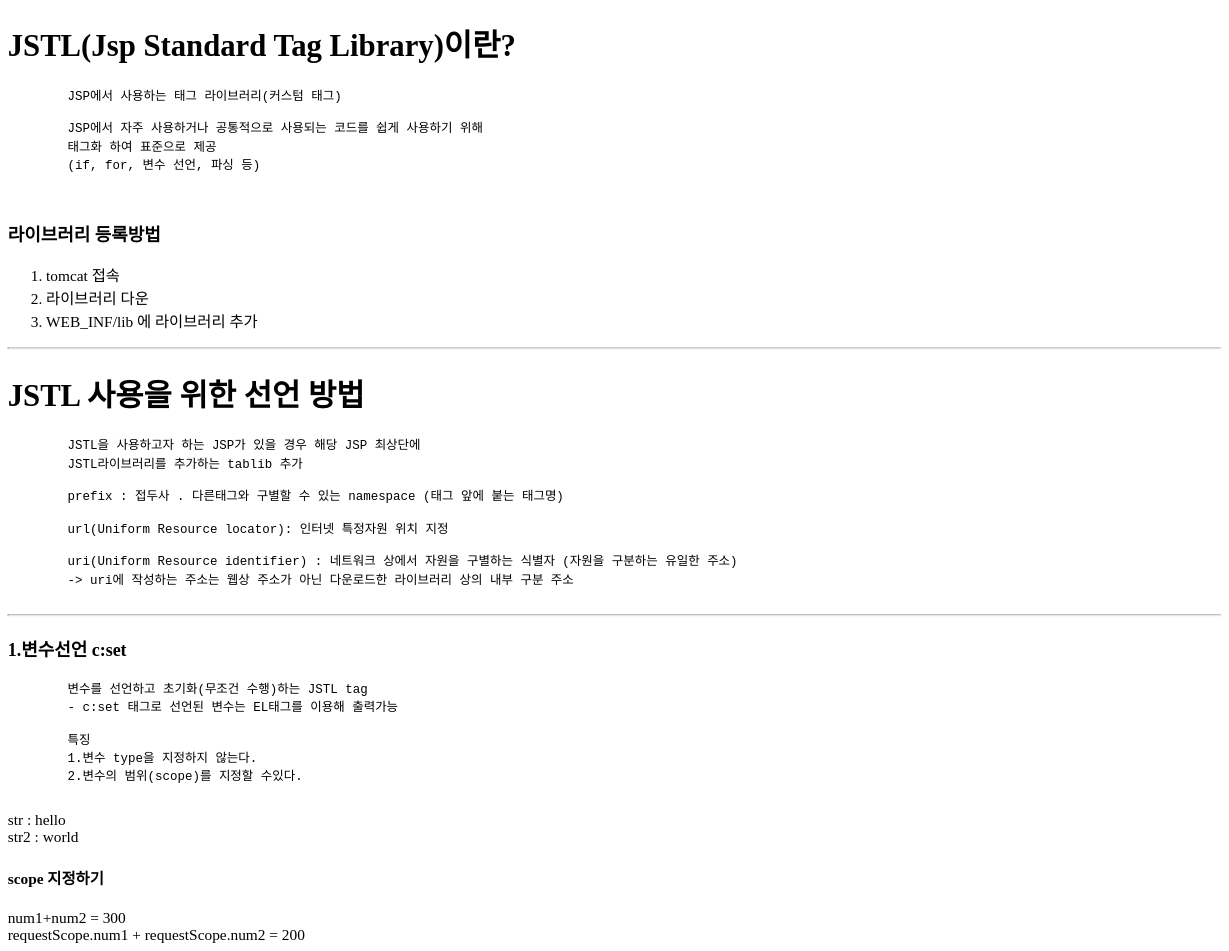
Repository: Seenee-Shin/servlet-jsp
Page: http://localhost/JSPProject/05_JSTL_1.jsp
The author's editor kept a copy of each file at every save. The page is drawn from the files as they stood at one save, then again after the next save.
The browser window is 1280 px wide. The pictures show the whole page, at 96% of full size.
The page is served by Tomcat 9. Other server files are loaded and not shown.

Above is the page before, as saved 2021-11-30 01:34:32.

### JSPProject/src/main/webapp/05_JSTL_1.jsp
<%@ page language="java" contentType="text/html; charset=UTF-8" pageEncoding="UTF-8"%>
<%@ taglib prefix="c" uri="http://java.sun.com/jsp/jstl/core" %>
<!DOCTYPE html>
<html lang="ko">
<head>
	<meta charset="UTF-8">
	<meta name="viewport" content="width=device-width, initial-scale=1.0">
	<title>05.JSTL 개요</title>
</head>
<body>
	<h1>JSTL(Jsp Standard Tag Library)이란?</h1>

	<pre>
	JSP에서 사용하는 태그 라이브러리(커스텀 태그)

	JSP에서 자주 사용하거나 공통적으로 사용되는 코드를 쉽게 사용하기 위해
	태그화 하여 표준으로 제공
	(if, for, 변수 선언, 파싱 등)

	</pre>

	<h3>라이브러리 등록방법</h3>
	<ol>
		<li>tomcat 접속</li>
		<li>라이브러리 다운</li>
		<li>WEB_INF/lib 에 라이브러리 추가</li>
	</ol>

	<hr>
	<h1> JSTL 사용을 위한 선언 방법</h1>
	<pre>
	JSTL을 사용하고자 하는 JSP가 있을 경우 해당 JSP 최상단에
	JSTL라이브러리를 추가하는 tablib 추가

	prefix : 접두사 . 다른태그와 구별할 수 있는 namespace (태그 앞에 붙는 태그명)

	url(Uniform Resource locator): 인터넷 특정자원 위치 지정

	uri(Uniform Resource identifier) : 네트워크 상에서 자원을 구별하는 식별자 (자원을 구분하는 유일한 주소)
	-> uri에 작성하는 주소는 웹상 주소가 아닌 다운로드한 라이브러리 상의 내부 구분 주소
	</pre>

	<hr>
	<h3>1.변수선언 c:set </h3>
	<pre>
	변수를 선언하고 초기화(무조건 수행)하는 JSTL tag
	- c:set 태그로 선언된 변수는 EL태그를 이용해 출력가능

	특징
	1.변수 type을 지정하지 않는다.
	2.변수의 범위(scope)를 지정할 수있다.
	</pre>

	<% String str = "hello"; %>
	str : <%= str %>
	<br>
	<c:set var="str2" value="world"></c:set>
	str2 : ${str2}

	<h4>scope 지정하기</h4>
	<c:set var="num1" value="100"/> <!-- scope 기본값은 page -->
	<c:set var="num2" value="200" scope="request"/>
	num1+num2 = ${num1 + num2}
	<br>
	requestScope.num1 + requestScope.num2 = ${requestScope.num1 + requestScope.num2}
</body>
</html>

After the next save:
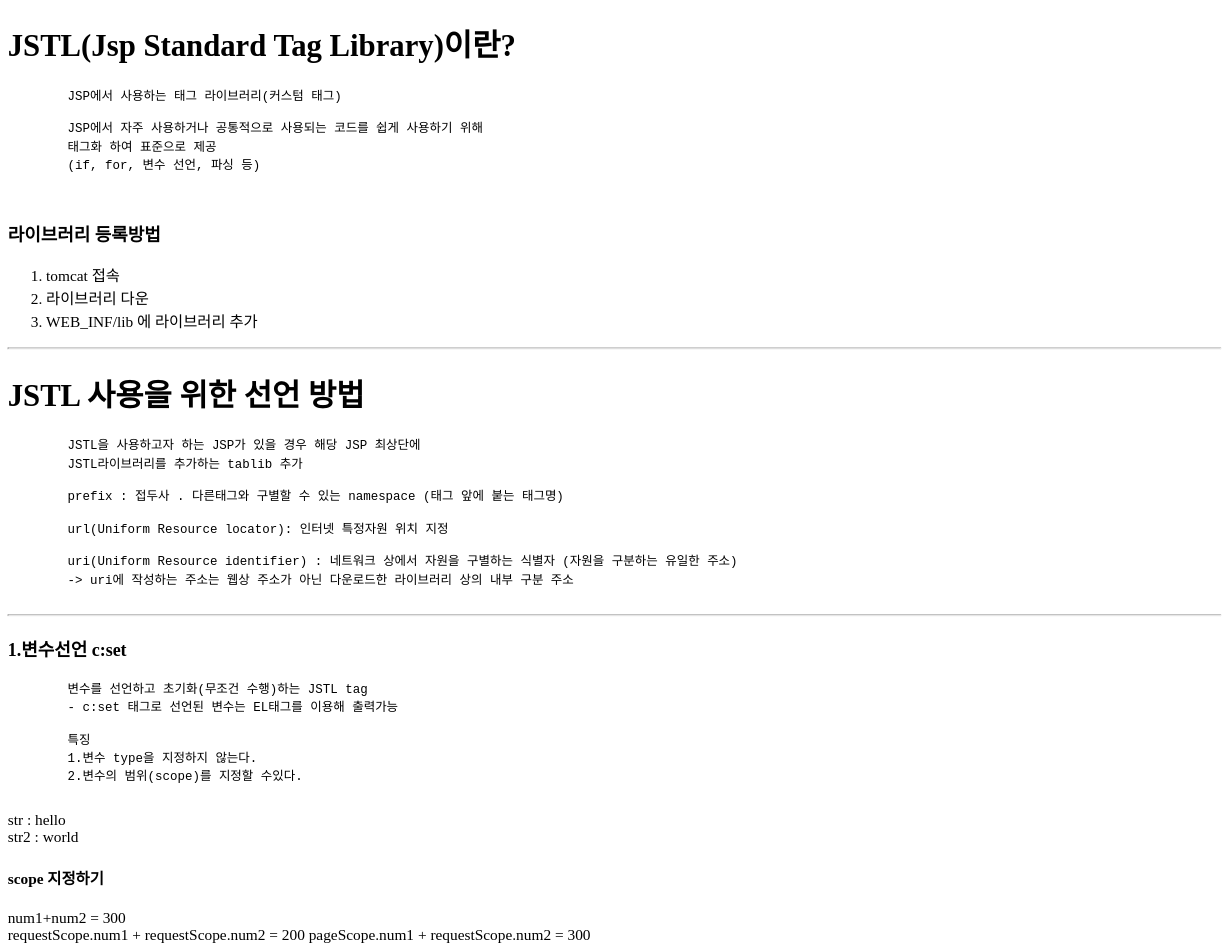
Saved 31 s later.
--- a/JSPProject/src/main/webapp/05_JSTL_1.jsp
+++ b/JSPProject/src/main/webapp/05_JSTL_1.jsp
@@ -63,5 +63,6 @@
 	num1+num2 = ${num1 + num2}
 	<br>
 	requestScope.num1 + requestScope.num2 = ${requestScope.num1 + requestScope.num2}
+	pageScope.num1 + requestScope.num2 = ${pageScope.num1 + requestScope.num2}
 </body>
 </html>
